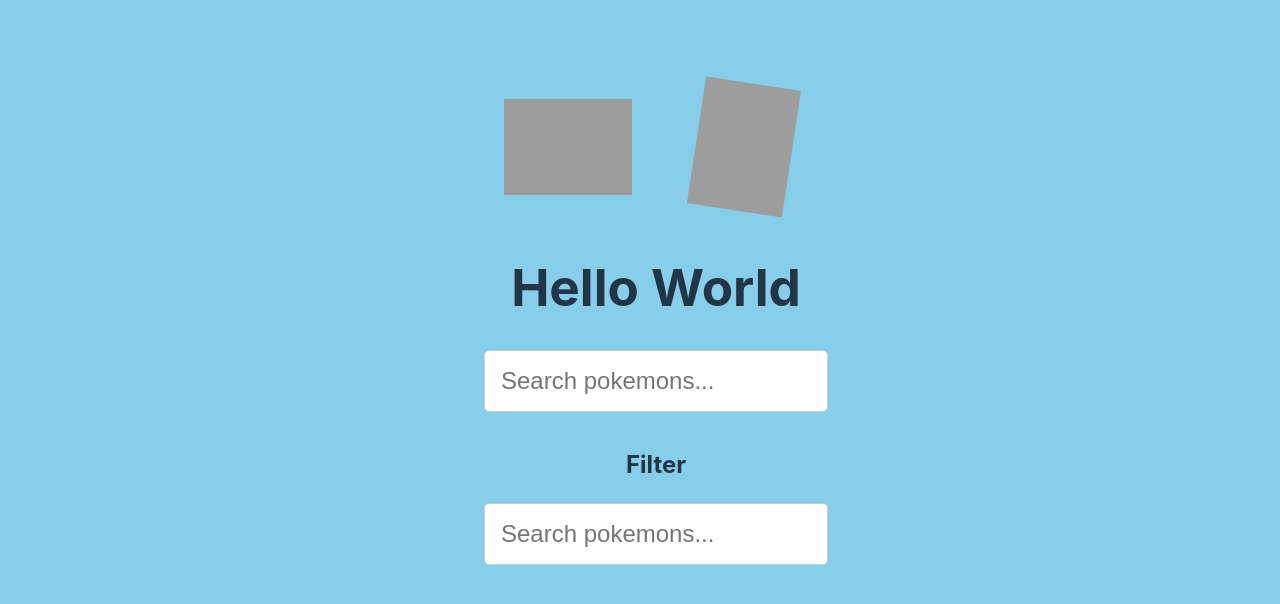
Repository: marianozamora/vite-test-plat
Page: /
An editor plug-in stored every save of this project. The page is shown before and after the next save, followed by the edit.
The browser window is 1280 px wide. The pictures show the whole page.
Pictures or frames that could not be fetched are drawn as grey boxes. The page's requests for data from a server got no answer. The project was rebuilt for these pictures with package versions that can differ from the ones it lists, and the page was loaded fresh each time. No one was signed in, and anything a server would have sent is missing. Also part of the build but not shown: vite.config.js, src/list.styl.

Above is the page before, as saved 2023-06-22 17:38:24.

### src/App.jsx
import { useState, useEffect } from 'react'
import reactLogo from './assets/react.svg'
import viteLogo from '/vite.svg'
import './App.css'

import './list.styl'

//components
import List from './components/List'
// import Filter from './components/Filter'

function App() {

  const [pokemons, setPokemons] = useState([]);
  const [dataFreeze, setDataFreeze] = useState([]);



  function filterByText(e) {
    const value = e.target.value;
    const filteredPokemons = dataFreeze.filter((pokemon) => pokemon.name.includes(value));
    if (value === '') {
      setPokemons(dataFreeze);
    }
    setPokemons(filteredPokemons);
  }

	useEffect(() => {
		async function getPokemons() {
      const data = await fetch(import.meta.env.VITE_API_URL).then((response) => response.json());
      console.log(data.results, 'data');
      setPokemons(data.results);
      setDataFreeze(data.results)
		}
		getPokemons();
	}, []);

  return (
    <div className='container'>
      <div>
        <a href="https://vitejs.dev" target="_blank" rel="noreferrer">
          <img src={viteLogo} className="logo" alt="Vite logo" />
        </a>
        <a href="https://react.dev" target="_blank" rel="noreferrer">
          <img src={reactLogo} className="logo react" alt="React logo" />
        </a>
      </div>
      <h1>Hello World</h1>

      <input
        type="text"
        placeholder="Search pokemons..."
        onChange={(e)=> filterByText(e)}
      />
      <div className="filter__text">
            <h2>Filter</h2>
            <input type="text" placeholder="Search pokemons..." />
        </div>
      <List data={pokemons} />
    </div>
  )
}

export default App

### src/components/List.jsx
/* eslint-disable react/prop-types */
// import { useState } from "react";
// import { useEffect } from "react";

const ListPokemons = ({ data }) => {

	return (
		<ul className="list__pokemons">
			{data.map((pokemon, index) => (
				<li className="list__pokemons__element" key={index}>{pokemon.name}</li>
			))}
		</ul>
	);
};

export default ListPokemons;

Loaded but not shown: index.html (common file); src/main.jsx (common file); src/index.css (common file); src/App.css (common file)

After the next save:
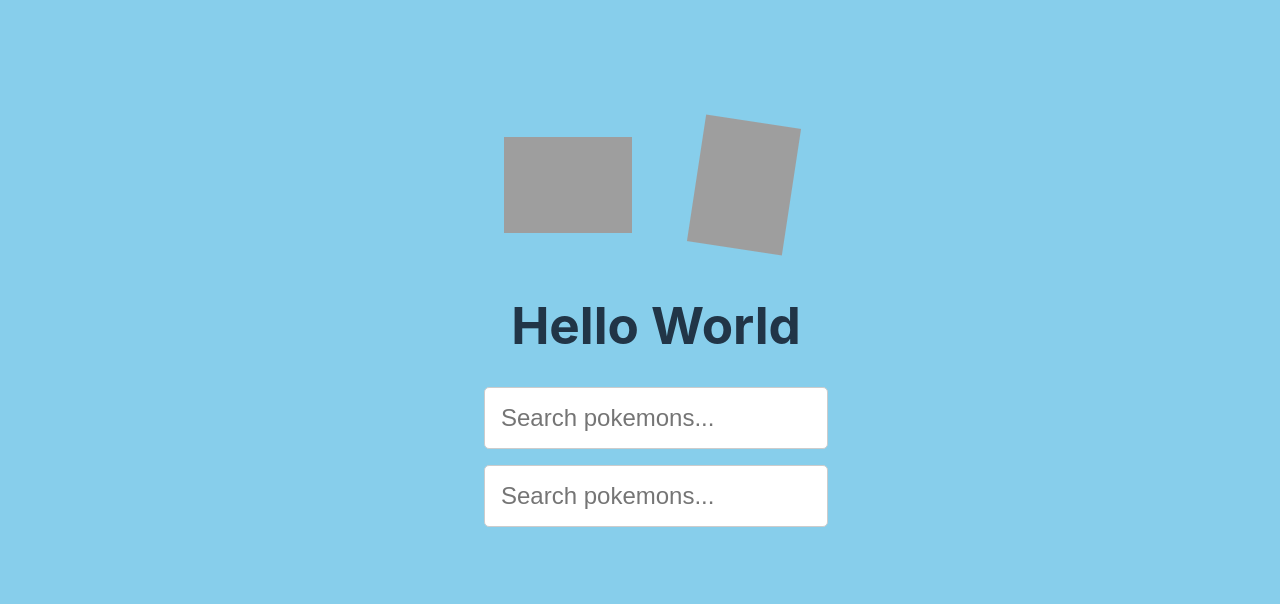
Saved 6 s later.
--- a/src/App.jsx
+++ b/src/App.jsx
@@ -53,7 +53,6 @@ function App() {
         onChange={(e)=> filterByText(e)}
       />
       <div className="filter__text">
-            <h2>Filter</h2>
             <input type="text" placeholder="Search pokemons..." />
         </div>
       <List data={pokemons} />
